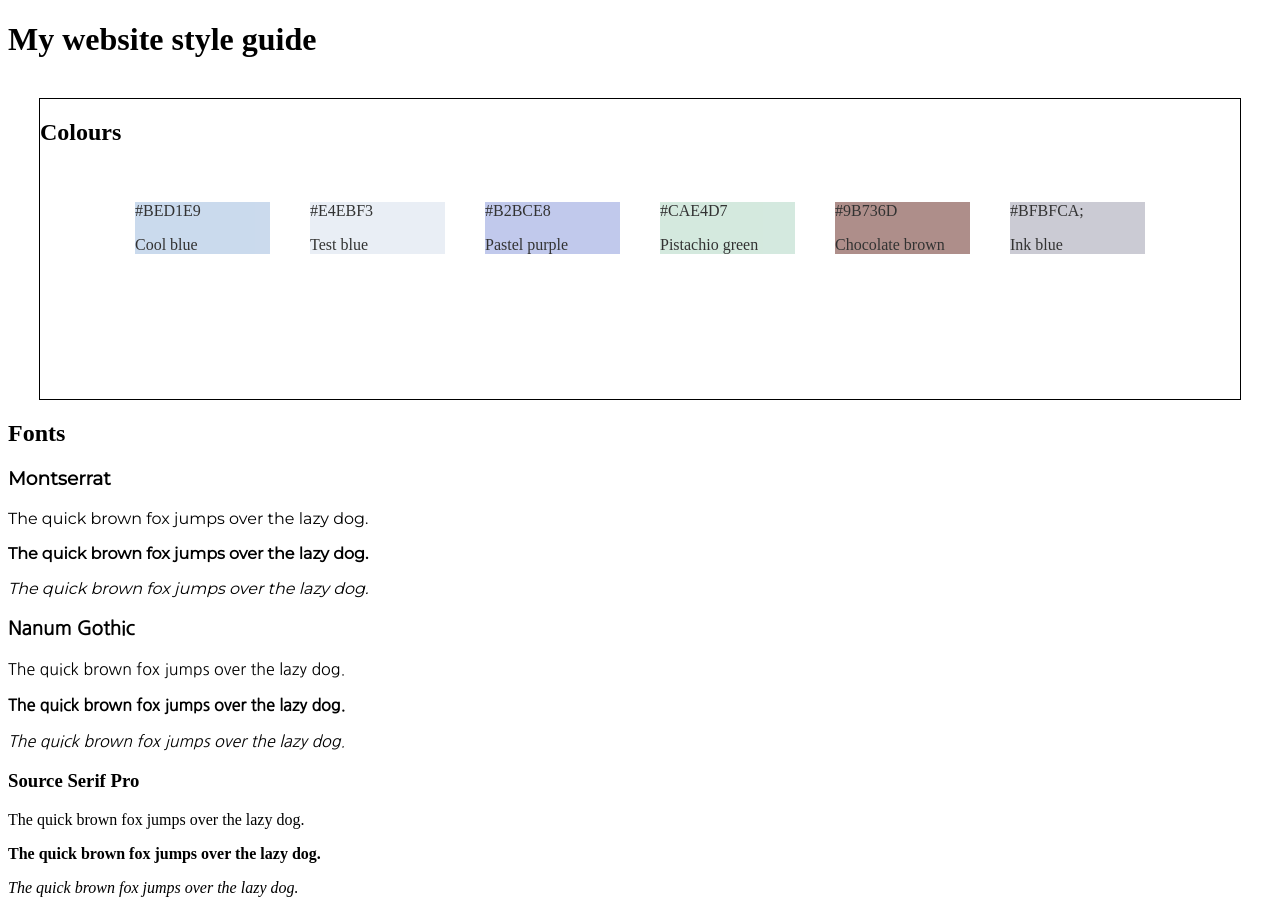
Repository: nazaninrizvi/codecademy
Page: Javascript/website-design-system/index.html
These files come from the project's save history. The page is drawn as it stood at one moment and after the next save; the edit follows.
The browser window is 1280 px wide. The pictures show the whole page.
Some web fonts or font styles are not loaded; a fallback is used.

Above is the page before, as saved 2021-11-27 21:56:41.

After the next save:
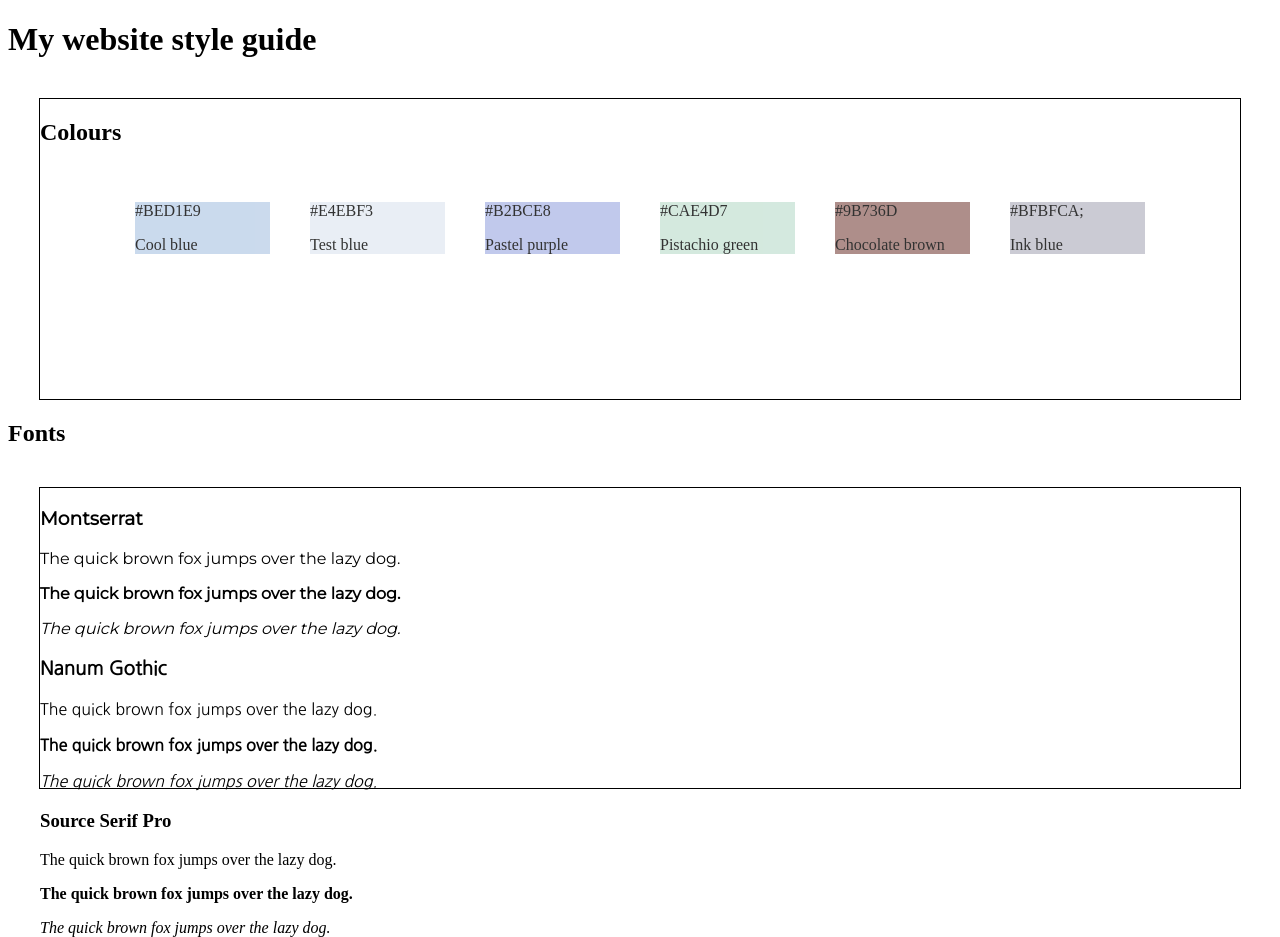
Saved 4 s later.
--- a/Javascript/website-design-system/styles.css
+++ b/Javascript/website-design-system/styles.css
@@ -45,7 +45,7 @@
     background-color: #BFBFCA;
 }
 
-.colors-container{
+.fontcontainer{
   height: 300px;
   max-width: 1200px;
   margin: 40px auto auto auto;
